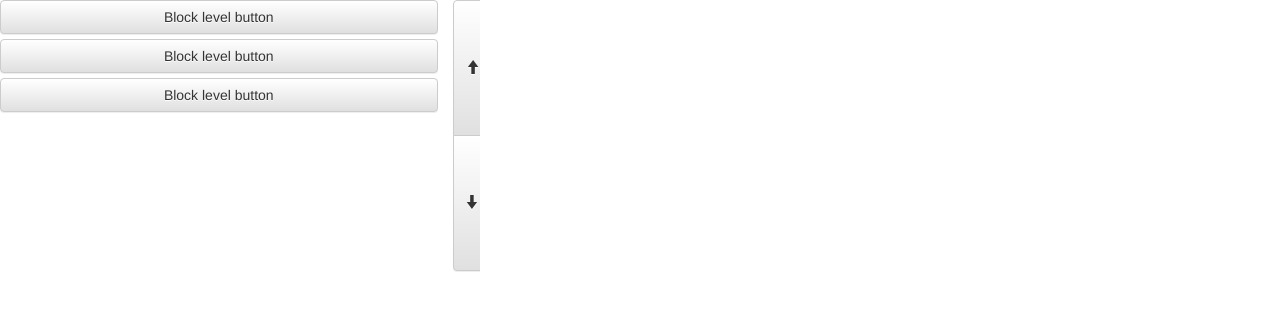
Repository: bmatusiak/bbb-usb-tool-nw
Page: index.html
The author's editor kept a record of every edit. The page is drawn from the files as they stood at one moment, then again after the next edit.
The browser window is 1280 px wide. The pictures show the whole page.

Above is the page before.
Console error: ReferenceError: global is not defined

### index.html
<!DOCTYPE html>
<html>

    <head>
        <title>USB-Tool</title>
        <meta name="viewport"
        content="width=device-width, initial-scale=1.0">

        <link rel="stylesheet" href="bootstrap/css/bootstrap.css" />
        <link rel="stylesheet" href="bootstrap/css/bootstrap-theme.css">
        <script src="js/jquery-1.8.2.min.js"></script>
        <style type="text/css">
            html,body{
                height:272px;
                width:480px;
                overflow:hidden;
            }
        </style>
    </head>

    <body>
        <div class="row">
            <div class="col-xs-11">
                <button type="button" class="btn btn-default  btn-block">Block level button</button>
                <button type="button" class="btn btn-default  btn-block">Block level button</button>
                <button type="button" class="btn btn-default  btn-block">Block level button</button>
            </div>
            <div>
                <div class="btn-group-vertical">
                  <button type="button" class="btn btn-default" style="height:136px;"><span class="glyphicon glyphicon-arrow-up"></span></button>
                  <button type="button" class="btn btn-default" style="height:136px;"><span class="glyphicon glyphicon-arrow-down"></span></button>
                </div>

            </div>
        </div>

        <script src="bootstrap/js/bootstrap.min.js"></script>

        <script src="main.js"></script>
    </body>

</html>

### main.js
var $ = global.$ = $;
var spawn = require('child_process').spawn

    function runCommand(cmd, done) {
        var c = cmd.split(" ");
        var Cmd = c.splice(0, 1);
        var runC = spawn(Cmd, c);
        var runCout = "";
        var runCerr = "";

        if (!done) done = function() {};

        runC.stdout.on('data', function(data) {
            runCout += data.toString();
        });

        runC.stderr.on('data', function(data) {
            runCerr += data.toString();
        });

        runC.on('close', function(code) {
            alert(runCerr);
            alert(runCout);
            done();
        });
    }

var gui = require('nw.gui');
var win = gui.Window.get();

$(document).ready(function() {
    win.resizeTo(window.screen.availWidth, window.screen.availHeight);
});

var fs = require('fs');

function setupFiles(fpath) {
    fs.readdir(fpath, function(err, files) {
        if (err) throw err;
        for (var i in files) {
            var theFile = $('<button type="button" class="file btn btn-default btn-block" data-fpath="' + fpath + '">' + files[i] + '</button>');
            theFile.appendTo("#files");
            theFile.click(function() {
                $(".file").removeClass("btn-warning");
                $(this).addClass("btn-warning");
            });
        }
    });
}

setupFiles("/mnt/microsd");

$("#btn-ok").click(function() {
    var file = $(".file.btn-warning").data("fpath") + "/" + $(".file.btn-warning").text();
    //alert(file);
    runCommand("rmmod g_mass_storage", function() {
        $(".btn-primary").removeClass("btn-primary");

        runCommand("modprobe g_mass_storage file=" + file + " cdrom=1", function() {
            $(".file.btn-warning").removeClass("btn-warning").addClass("btn-primary");
        });
    })

})

Loaded but not shown: bootstrap/css/bootstrap.css (library); bootstrap/css/bootstrap-theme.css (library); js/jquery-1.8.2.min.js (library); bootstrap/js/bootstrap.min.js (library)

After the next edit:
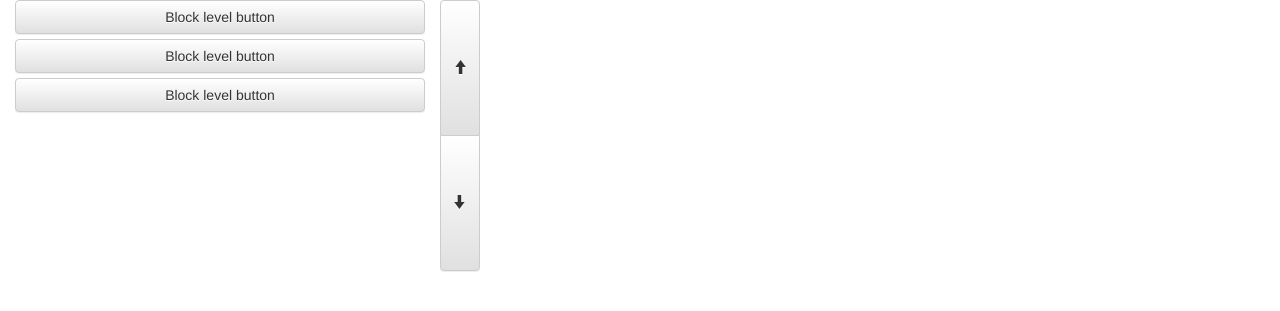
The edit:
--- a/index.html
+++ b/index.html
@@ -19,6 +19,7 @@
     </head>
 
     <body>
+    <div class="container-fluid">
         <div class="row">
             <div class="col-xs-11">
                 <button type="button" class="btn btn-default  btn-block">Block level button</button>
